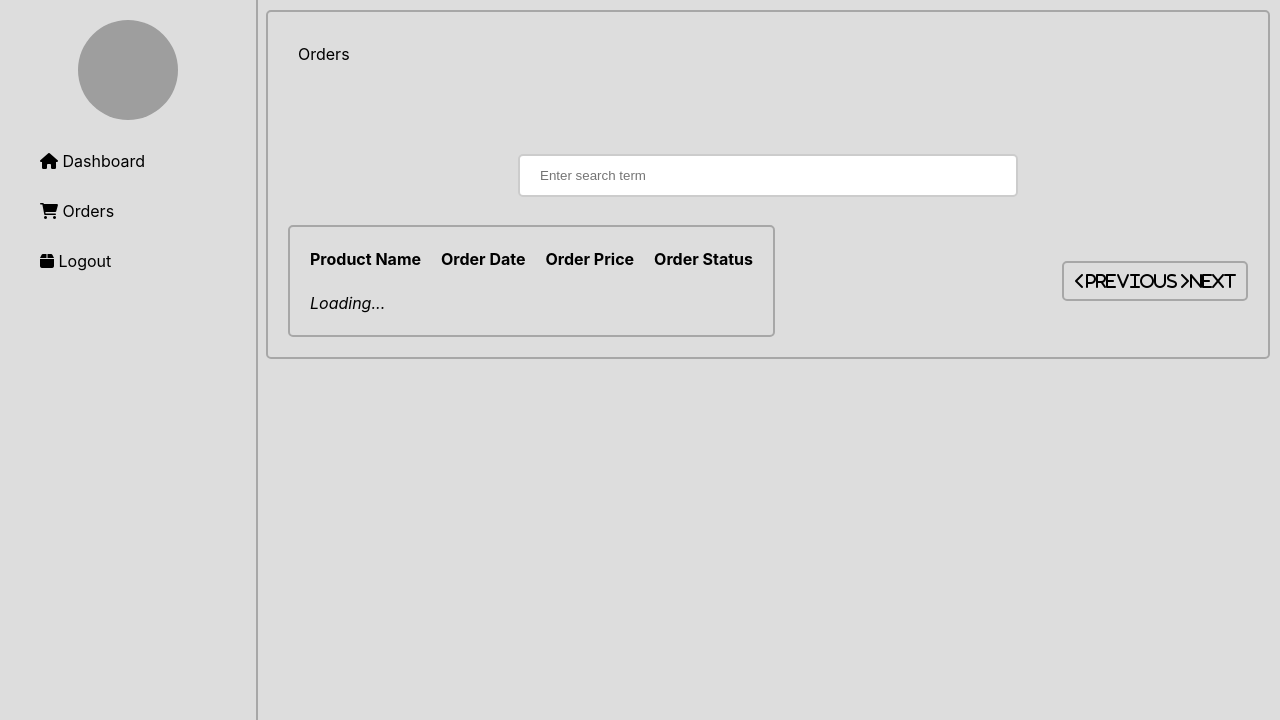
Repository: cjaymoni/FE_Submission02
Page: http://localhost/orders
An editor plug-in stored every save of this project. The page is shown before and after the next save, followed by the edit.
The browser window is 1280 px wide. The pictures show the whole page.
Pictures or frames that could not be fetched are drawn as grey boxes. The page is run by PHP 8.4 with error messages shown; the project is at /var/www/html/.

Above is the page before, as saved 2022-10-04 15:25:01.
Console error: TypeError: Cannot read properties of null (reading 'addEventListener')

### index.php
<!doctype html>
<html lang="en">
<head>
    <?php include './layout/header.html' ?>
</head>
<body>
<?php
require_once './layout/sidebar.html';

$request = $_SERVER['REQUEST_URI'];

switch ($request) {
        case '/' :
        case '' :
        case '/home' :
            case '/login':
                case '/login/':
        require __DIR__.'/views/login-page/login.html';
        break;


        case '/orders':
        case '/orders/':
        require __DIR__.'/views/orders/orders.html';
        break;

        case '/dashboard':
        case '/dashboard/':
        require __DIR__.'/views/dashboard/dashboard.html';
        break;





        default:
        require __DIR__.'/views/404/404.html';
        break;
}
?>

 <?php require_once './layout/footer.html' ?>
</body>
</html>

### layout/header.html
<meta charset="utf-8" />
<meta name="viewport" content="width=device-width, initial-scale=1.0" />

<!-- FavIcon -->
<link rel="icon" type="image/svg+xml" href="assets/Freddys_Logo.svg" />

<!-- CSS -->
<link rel="stylesheet" href="css/styles.css" />

<!-- Font Awesome -->
<link
  rel="stylesheet"
  href="https://use.fontawesome.com/releases/v6.2.0/css/all.css"
/>
<script src="https://cdn.jsdelivr.net/npm/chart.js"></script>

<!-- Title -->
<title>Freddy's Shop</title>

### layout/sidebar.html
<aside>
  <div class="sidebar" id="sidebar">
    <div class="profile">
      <img src="assets/Freddys_Logo.svg" alt="Freddys_Logo" />
    </div>
    <ul>
      <li>
        <a href="/dashboard">
          <i class="fas fa-home"></i>
          <span>Dashboard</span>
        </a>
      </li>
      <li>
        <a href="/orders">
          <i class="fas fa-shopping-cart"></i>
          <span>Orders</span>
        </a>
      </li>
      <li>
        <a href="/">
          <i class="fas fa-box"></i>
          <span>Logout</span>
        </a>
      </li>
    </ul>
  </div>
</aside>
<script src="js/sidebar-toggle.js"></script>

### views/orders/orders.html
<div class="content">
  <div class="container">
    <div class="order-header-text">
      <span>Orders</span>

      <!-- <div>
        <i class="fas fa-search"></i>

        <input type="text" id="searchInput" placeholder="Search" />
        <i class="fas fa-times" id="clearIcon"></i>
      </div>
    </div> -->
    </div>
    <div class="search-wrapper">
      <form>
        <input
          type="text"
          name="focus"
          required
          class="search-box"
          placeholder="Enter search term"
        />
        <button class="close-icon" type="reset"></button>
      </form>
    </div>
    <div class="container">
      <table id="ordersTable">
        <thead>
          <tr>
            <th>Product Name</th>
            <th>Order Date</th>
            <th>Order Price</th>
            <th>Order Status</th>
          </tr>
        </thead>

        <tbody>
          <tr>
            <td colspan="4"><i>Loading...</i></td>
          </tr>
        </tbody>
      </table>
    </div>

    <div class="container">
      <i id="prevButton" class="fas fa-chevron-left">Previous</i>
      <i id="nextButton" class="fas fa-chevron-right">Next</i>
    </div>
  </div>

  <script src="js/orders.js" defer></script>
</div>

### layout/footer.html
<script
  src="https://code.jquery.com/jquery-3.6.1.min.js"
  integrity="sha256-o88AwQnZB+VDvE9tvIXrMQaPlFFSUTR+nldQm1LuPXQ="
  crossorigin="anonymous"
></script>

### css/styles.css
:root {
    --color-primary: #f00;
    --color-secondary: #0f0;
    --color-tertiary: rgb(0, 110, 255);
    background-color: #dddddd;
    font-family: Inter, Avenir, Helvetica, Arial, sans-serif;
    font-size: 16px;
    line-height: 24px;
    min-width: 100vw;
    min-height: 100vh;
    scroll-behavior: smooth;
}


body {
    overflow-x: hidden;
    height: 100vh;
    width: 100vw;
    margin: 0;
}

.login-div {
    display: flex;
    flex-direction: column;
    justify-content: center;
    align-items: center;
    border: 5px solid rgb(65, 61, 61);
    margin: auto;
    margin-top: 5%;
    width: 50%;
    padding: 5px;


}

.login-head {
    display: flex;
    justify-content: space-between;
    flex-wrap: wrap;
}

.login-img {
    width: 100px;
    height: 100px;
    border-radius: 50%;
    margin: 10px;
}

.login-head-text {
    display: flex;
    justify-content: center;
    align-items: center;
    margin: 10px;
    flex-wrap: wrap;
}

.login-head-img {
    display: flex;
    justify-content: center;
    align-items: center;
    margin: 10px;
}

.login-form {
    display: flex;
    flex-direction: column;
    justify-content: center;
    align-items: center;
    margin: 10px;
    width: 100%;
}



.input-div {
    display: flex;
    flex-direction: column;
    justify-content: center;
    align-items: center;
    margin: 10px;
    width: 100%;
}

input[type=text],
input[type=password] {
    width: 100%;
    padding: 12px 20px;
    margin: 8px 0;
    display: inline-block;
    border: 2px solid #ccc;
    box-sizing: border-box;
    border-radius: 5px;
}

.login-btn {
    width: 100%;
    padding: 10px;
    border: 2px solid #ccc;
    border-radius: 5px;
}


.sidebar {
    background-color: #dddddd;
    position: fixed;
    top: 0;
    left: 0;
    width: 20%;
    height: 100%;
    padding: 20px 0;
    transition: all 0.5s ease;
    border-right: 2px solid rgb(167, 167, 167);

}

.content {
    width: 80%;
    height: 100%;
    float: right;

}


.sidebar .profile img {
    display: block;
    width: 100px;
    height: 100px;
    border-radius: 50%;
    margin: 0 auto;
}

.sidebar ul li {
    list-style: none;

}

.sidebar ul li a {
    display: block;
    padding: 13px 0px;
    /* border-bottom: 1px solid #10558d; */
    color: black;
    font-size: 16px;
    position: relative;
    text-decoration: none;
}

.sidebar ul li a .icon {
    color: black;
    width: 30px;
    display: inline-block;
}


.container {
    display: flex;
    justify-content: space-between;
    flex-wrap: wrap;
    align-items: center;
    margin: 10px;
    padding: 10px;
    border: 2px solid rgb(167, 167, 167);
    border-radius: 5px;
}

.container-col {
    display: flex;
    justify-content: space-between;
    flex-direction: column;
    flex-wrap: wrap;
    align-items: center;
    margin: 10px;
    padding: 10px;
    border: 2px solid rgb(167, 167, 167);
    border-radius: 5px;
}

/* .order-table-div {
    display: flex;
    justify-content: center;
    align-items: center;
    margin: 10px;
    padding: 10px;
    border: 2px solid rgb(167, 167, 167);
    border-radius: 5px;

} */

table {
    border-collapse: collapse;
    width: 100%;

}

td,
th {
    padding: 10px;
    text-align: left;
}

/* td :nth-child(1) {

    width: 40%;
} */

tr:nth-child(even) {
    background-color: #ffce97;
}

.dashboard-card {
    border: 1px solid #ccc;
    align-items: center;
    margin: 10px;
    padding: 10px;
    border-radius: 5px;
}

.switch {
    position: relative;
    display: inline-block;
    width: 60px;
    height: 34px;
}

.switch input {
    opacity: 0;
    width: 0;
    height: 0;
}

.slider {
    position: absolute;
    cursor: pointer;
    top: 0;
    left: 0;
    right: 0;
    bottom: 0;
    background-color: #ccc;
    -webkit-transition: .4s;
    transition: .4s;
}

.slider:before {
    position: absolute;
    content: "";
    height: 26px;
    width: 26px;
    left: 4px;
    bottom: 4px;
    background-color: white;
    -webkit-transition: .4s;
    transition: .4s;
}

input:checked+.slider {
    background-color: #2196F3;
}

input:focus+.slider {
    box-shadow: 0 0 1px #2196F3;
}

input:checked+.slider:before {
    -webkit-transform: translateX(26px);
    -ms-transform: translateX(26px);
    transform: translateX(26px);
}

/* Rounded sliders */
.slider.round {
    border-radius: 34px;
}

.slider.round:before {
    border-radius: 50%;
}

.order-header-text {
    display: flex;
    justify-content: space-between;
    flex-wrap: wrap;
    align-items: center;
    margin: 10px;
    padding: 10px;
    width: 100%
}

.table-img {
    width: 50px;
    height: 40px;
}

.search-box,
.close-icon,
.search-wrapper {
    position: relative;
    padding: 10px;
}

.search-wrapper {
    width: 500px;
    margin: auto;
    margin-top: 50px;
}

.search-box {
    width: 80%;
    border: 1px solid #ccc;
    outline: 0;
    border-radius: 15px;
}

.search-box:focus {
    box-shadow: 0 0 15px 5px #b0e0ee;
    border: 2px solid #bebede;
}

.close-icon {
    border: 1px solid transparent;
    background-color: transparent;
    display: inline-block;
    vertical-align: middle;
    outline: 0;
    cursor: pointer;
}

.close-icon:after {
    content: "X";
    display: block;
    width: 15px;
    height: 15px;
    position: absolute;
    background-color: #FA9595;
    z-index: 1;
    right: 35px;
    top: 0;
    bottom: 0;
    margin: auto;
    padding: 2px;
    border-radius: 50%;
    text-align: center;
    color: white;
    font-weight: normal;
    font-size: 12px;
    box-shadow: 0 0 2px #E50F0F;
    cursor: pointer;
}

.search-box:not(:valid)~.close-icon {
    display: none;
}

### js/sidebar-toggle.js
const pgUrl = window.location.href.substr(
  window.location.href.lastIndexOf("/") + 1
);
const sdComponent = document.querySelector(".sidebar");

if (pgUrl != "orders" && pgUrl != "dashboard") {
  sdComponent.style.display = "none";
}

### js/orders.js
const API_URL = "https://freddy.codesubmit.io/";

const user_token = JSON.parse(localStorage.getItem("access_token"));
const user_refresh = JSON.parse(localStorage.getItem("refresh_token"));

let ordersData = [];

let originalRequest = async (url, config) => {
  url = `${url}`;
  let response = await fetch(url, config);
  let data = await response.json();
  // console.log("REQUESTING:", data);
  return { response, data };
};

let refreshToken = async (refreshToken) => {
  let response = await fetch(API_URL + "refresh", {
    method: "POST",
    headers: {
      Authorization: `Bearer ${refreshToken}`,
    },
  });
  let data = await response.json();
  localStorage.setItem("access_token", JSON.stringify(data.access_token));
  return data;
};

let customFetcher = async (url, config = {}) => {
  let authTokens = JSON.parse(localStorage.getItem("access_token"));

  let refresh_token = JSON.parse(localStorage.getItem("refresh_token"));

  config["headers"] = {
    Authorization: `Bearer ${authTokens}`,
  };

  let { response, data } = await originalRequest(url, config);
  console.log("After Request");

  if (response.status === 401) {
    authTokens = await refreshToken(refresh_token);

    config["headers"] = {
      Authorization: `Bearer ${authTokens}`,
    };

    let newResponse = await originalRequest(url, config);
    response = newResponse.response;
    data = newResponse.data;
  }
  ordersData = data;

  console.log(ordersData);

  createTable(ordersData?.orders);

  return response, data;
};

const pageSize = 10;
let curPage = 1;

let createTable = async (data) => {
  let table = document.querySelector("#ordersTable tbody");

  let result = "";
  await data
    .filter((row, index) => {
      let start = (curPage - 1) * pageSize;
      let end = curPage * pageSize;
      if (index >= start && index < end) return true;
    })
    .forEach((c) => {
      result += `<tr>
     <td>${c.product?.name}</td>
     <td>${c.created_at}</td>
     <td>${c.currency}${c.total}</td>
     <td>${c.status}</td>
     </tr>`;
    });
  return (table.innerHTML = result);
};
document
  .querySelector("#nextButton")
  .addEventListener("click", nextPage, false);
document
  .querySelector("#prevButton")
  .addEventListener("click", previousPage, false);

function previousPage() {
  if (curPage > 1) curPage--;
  createTable(ordersData?.orders);
}
function nextPage() {
  if (curPage * pageSize < ordersData?.orders.length) curPage++;
  createTable(ordersData?.orders);
}
const searchInput = document.getElementById("searchInput");
const clearIcon = document.getElementById("clearIcon");

clearIcon.addEventListener("click", () => {
  searchInput.value = "";
  customFetcher(API_URL + `orders?page=1`);
});

searchInput.addEventListener("keyup", (e) => {
  const searchString = e.target.value.toLowerCase();
  if (searchString.length > 1) {
    clearIcon.style.display = "block";
    customFetcher(API_URL + `orders?page=1&q=${searchString}`);
  }
});
window.addEventListener("load", (event) => {
  customFetcher(API_URL + `orders?page=1&q=${searchInput.value}`);
  clearIcon.style.display = "block";
});

After the next save:
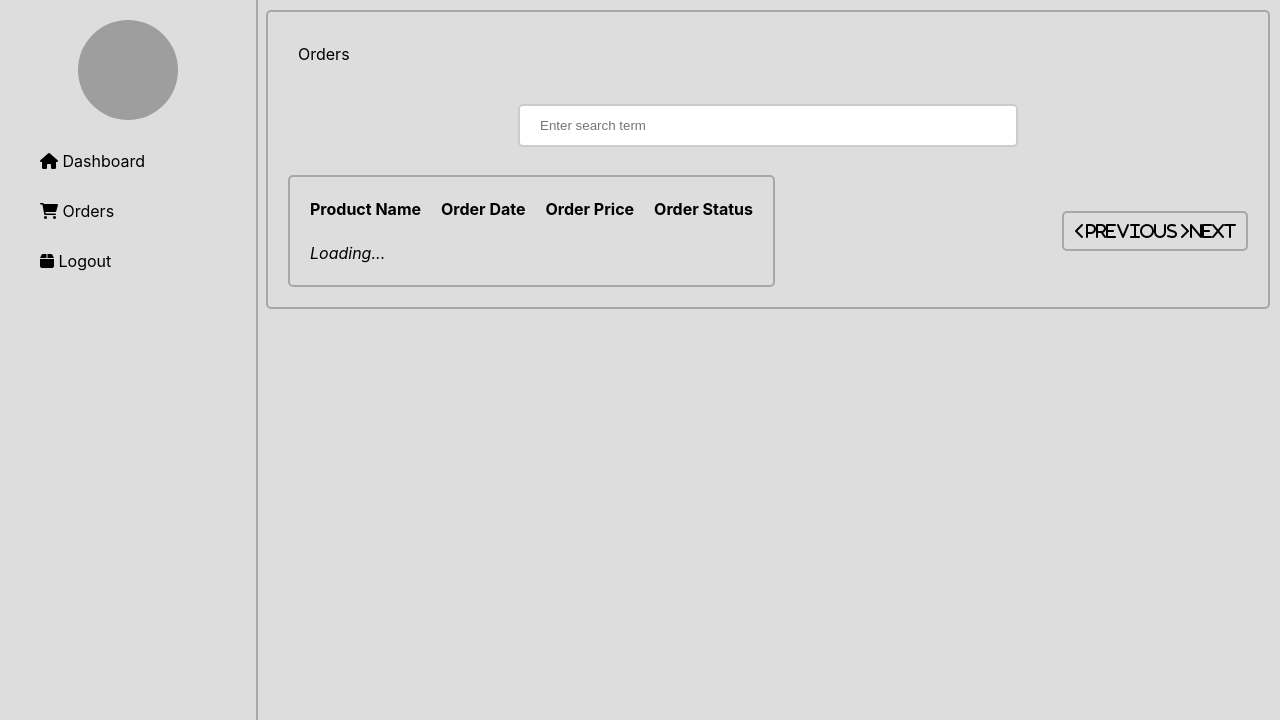
Saved 42 s later.
--- a/css/styles.css
+++ b/css/styles.css
@@ -299,7 +299,7 @@ input:checked+.slider:before {
 .search-wrapper {
     width: 500px;
     margin: auto;
-    margin-top: 50px;
+    /* margin-top: 50px; */
 }
 
 .search-box {
